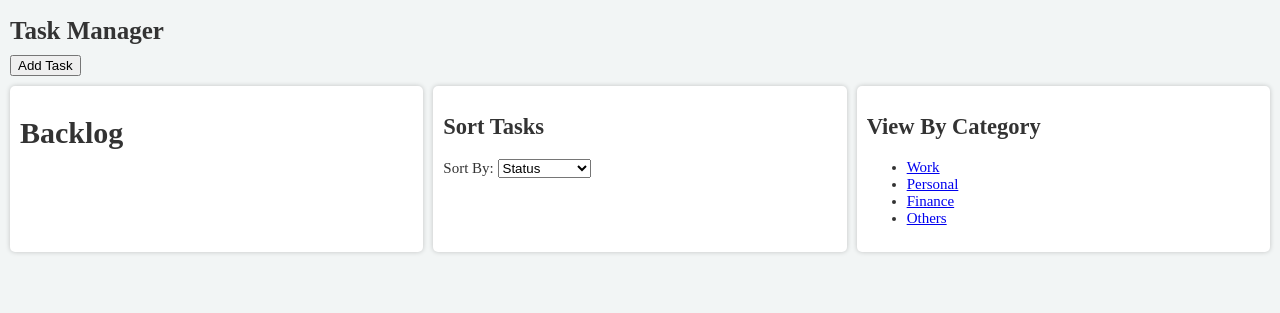
Repository: n-shen/task-tracker
Page: / (app in frontend/)
These files come from the project's save history. The page is drawn as it stood at one moment and after the next save; the edit follows.
The browser window is 1280 px wide. The pictures show the whole page.
The project was rebuilt for these pictures with package versions that can differ from the ones it lists, and the page was loaded fresh each time. Also part of the build but not shown: frontend/src/components/taskManager/addTask.jsx, frontend/src/components/tasks/task.jsx, frontend/src/components/taskManager/categoryTasks.jsx. Imported but missing from the stored project, and not drawn on this page: frontend/src/reportWebVitals.

Above is the page before, as saved 2023-04-20 13:21:21.

After the next save:
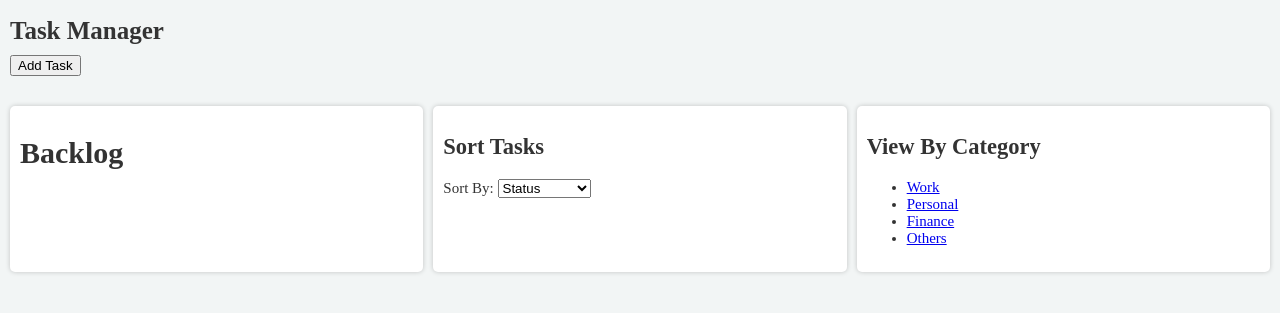
Saved 8 s later.
--- a/frontend/src/styles/manager.css
+++ b/frontend/src/styles/manager.css
@@ -25,7 +25,7 @@
     grid-template-columns: repeat(3, minmax(min-content, 1fr));
     grid-gap: 1rem;
     width: 100%;
-    padding-top: 1rem;
+    padding-top: 3rem;
 }
 
 .taskManager--grid > div {
